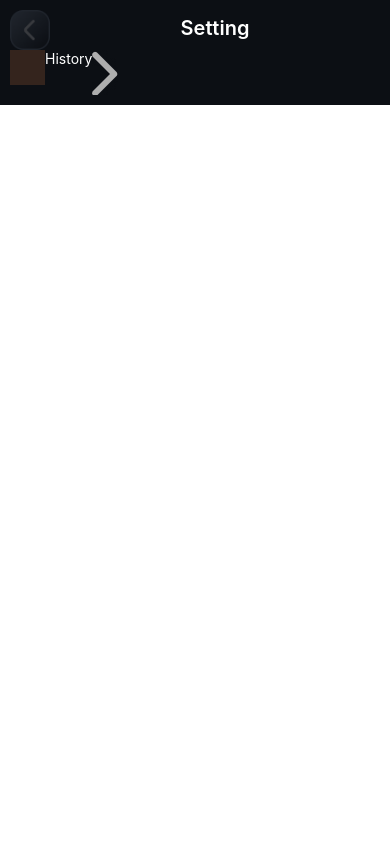
Repository: nguoilaisaochoi/App-coffe
Screen: /
The author's editor kept a copy of each file at every save. The screen is drawn from the files as they stood at one save, then again after a run of saves.
The app was drawn by React Native's web renderer in a window 390 px wide. The project was rebuilt for these pictures with package versions that can differ from the ones it lists, and the page was loaded fresh each time.

Above is the screen before, as saved 2024-01-13 08:50:36.

### App.tsx
import { View, Text } from 'react-native'
import React from 'react'
import Login from './src/Login'
import Register from './src/Register'
import Setting from './src/Setting'
const App = () => {
  return (
    <View>
      <Setting/>
    </View>
  )
}

export default App

### src/Setting.js
import {View, Text, StyleSheet, Image} from 'react-native';
import React from 'react';

const Setting = () => {
  return (
    <View style={mystyle.body}>
      <View style={mystyle.task}>
        <Image
          style={mystyle.arrowleft}
          source={require('../assets/img/arrowleft.png')}
        />
        <Text style={mystyle.textsetting}>Setting</Text>
      </View>
      <View style={mystyle.setting}>
        <View style={mystyle.bgicon}></View>
        <Text style={mystyle.text}>History</Text>
        <Image
          style={mystyle.arrowright}
          source={require('../assets/img/Arrow_right.jpg')}
        />
      </View>
    </View>
  );
};

export default Setting;
const mystyle = StyleSheet.create({
  body: {
    width: '100%',
    height: '100%',
    padding: 10,
    backgroundColor: '#0C0F14',
  },
  task: {
    width: '100%',
    display: 'flex',
    flexDirection: 'row',
  },
  arrowleft: {
    width: 40,
    height: 40,
  },
  textsetting: {
    color: 'white',
    marginLeft: 'auto',
    marginRight: 'auto',
    fontSize: 20,
    fontStyle: 'normal',
    fontWeight: '600',
    lineHeight: 36,
  },
  setting: {
    display: 'flex',
    flexDirection: 'row',
  },
  text: {
    color: 'white',
  },
  bgicon: {
    width: 35,
    height: 35,
    backgroundColor: 'rgba(209, 120, 66, 0.20)',
  },
  arrowright:{

  }
});

After the next 2 saves:
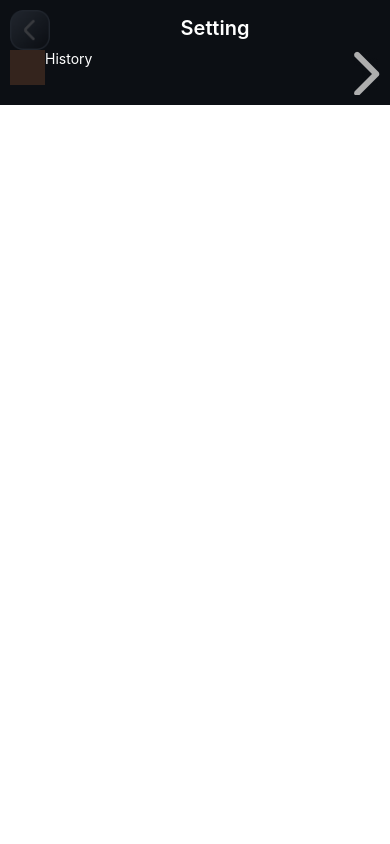
The 2 saves are shown as one change because 1 did not build or start.
The last was saved 43 s later.
--- a/src/Setting.js
+++ b/src/Setting.js
@@ -62,6 +62,6 @@ const mystyle = StyleSheet.create({
     backgroundColor: 'rgba(209, 120, 66, 0.20)',
   },
   arrowright:{
-
+    marginLeft:'auto',
   }
 });
